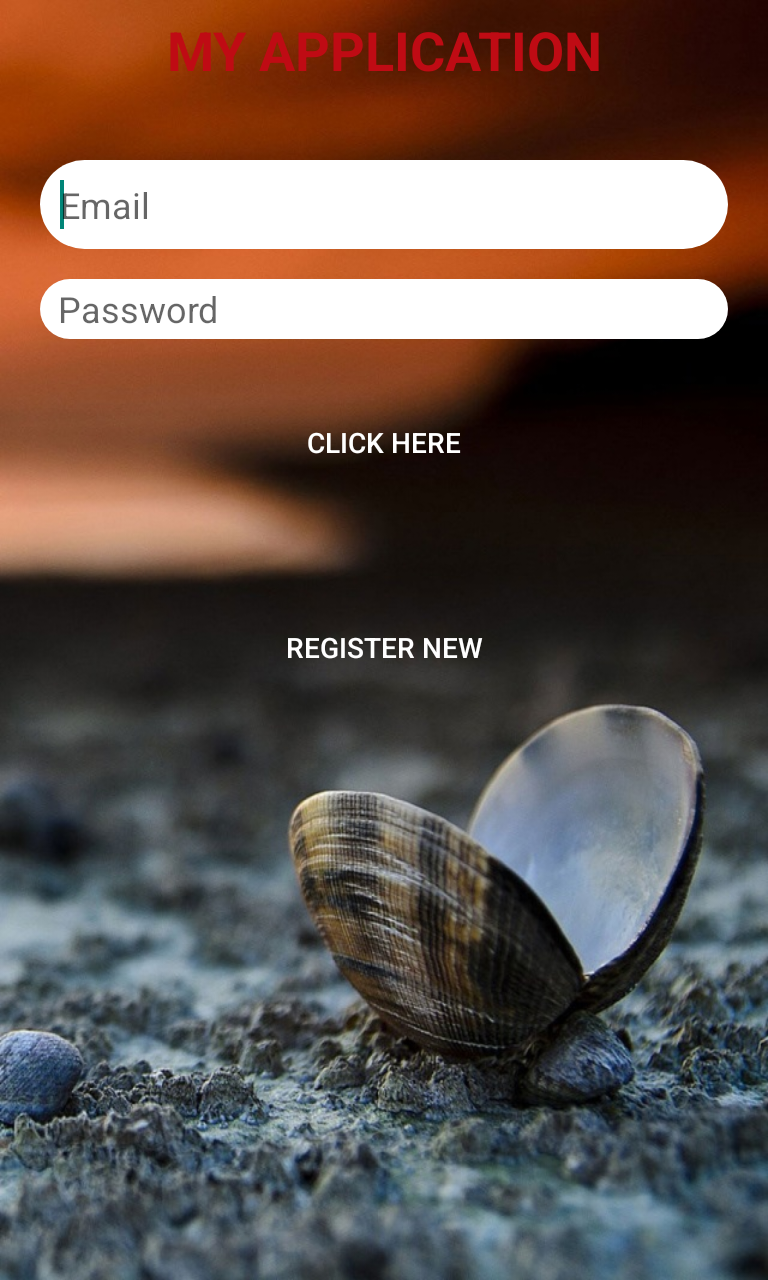
Repository: adarshnair13/message
Layout: myproject/res/layout/adarsh.xml
The author's editor kept a copy of each file at every save. The layout is drawn from the files as they stood at one save, then again after the next save.
It is drawn on a 768 x 1280 px phone screen (xhdpi) without system bars, with theme AppTheme; the app's code is not run.

Above is the layout before, as saved 2015-04-17 07:18:34.

After the next save:
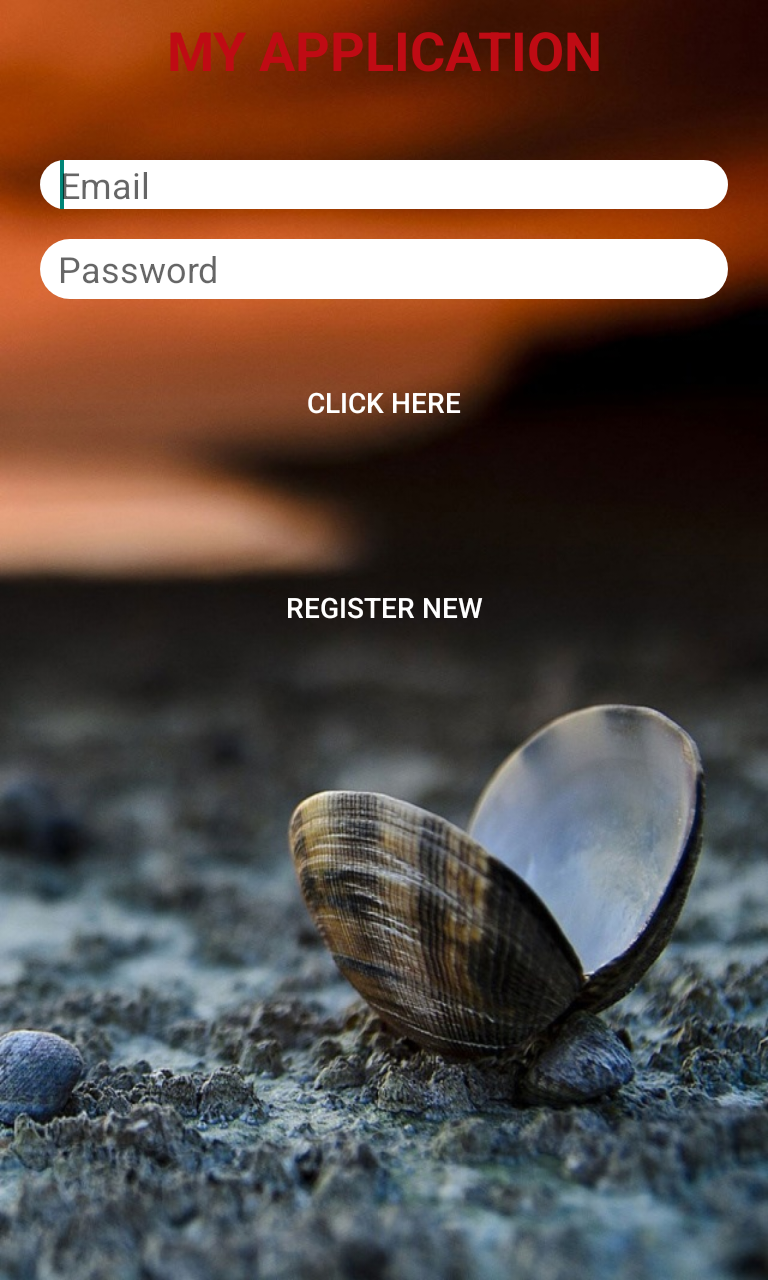
Saved 57 s later.
--- a/myproject/res/layout/adarsh.xml
+++ b/myproject/res/layout/adarsh.xml
@@ -23,7 +23,8 @@
         android:layout_marginRight="20dp"
         android:layout_marginTop="30dp"
         android:background="@drawable/curve"
-        android:padding="10dp"
+        android:paddingLeft="10dp"
+          android:paddingRight="10dp"
         android:ems="10"
         android:hint="Email"
         android:inputType="textEmailAddress" >

After the save that followed:
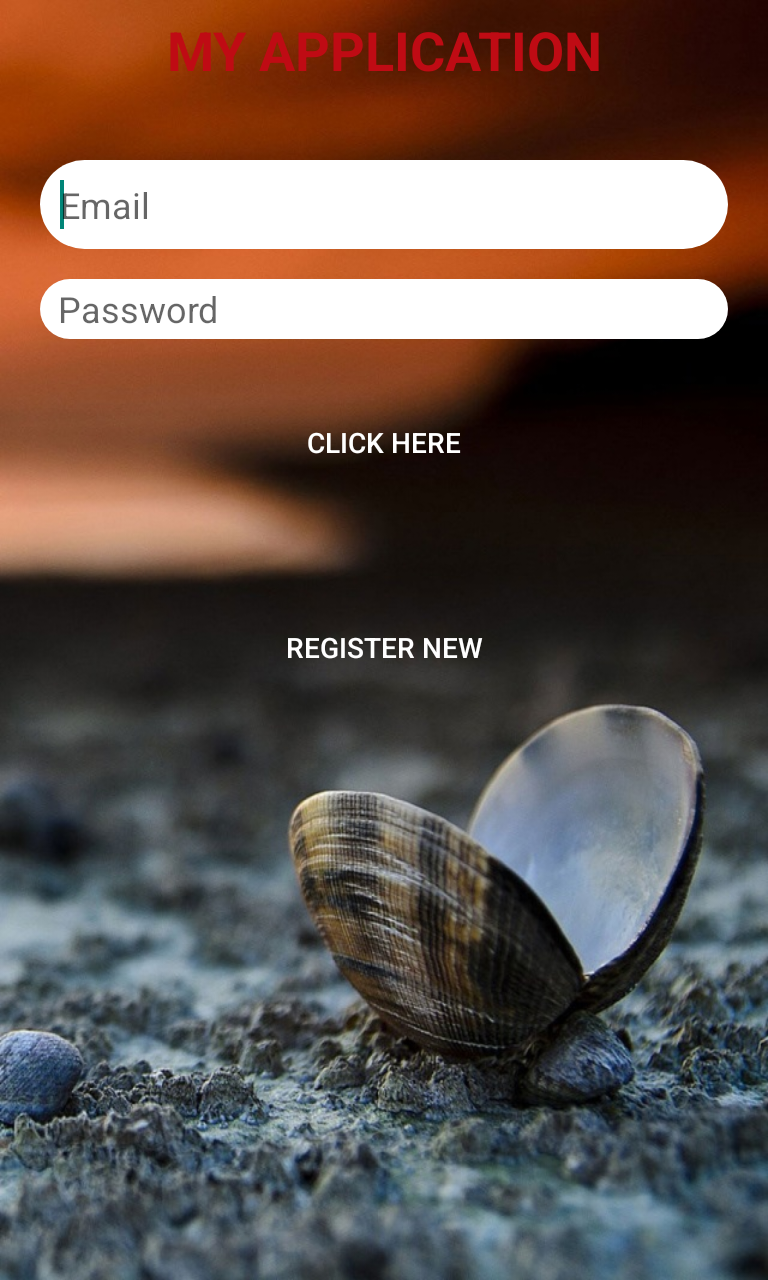
Saved 28 s later.
--- a/myproject/res/layout/adarsh.xml
+++ b/myproject/res/layout/adarsh.xml
@@ -23,8 +23,8 @@
         android:layout_marginRight="20dp"
         android:layout_marginTop="30dp"
         android:background="@drawable/curve"
-        android:paddingLeft="10dp"
-          android:paddingRight="10dp"
+        android:padding="10dp"
+
         android:ems="10"
         android:hint="Email"
         android:inputType="textEmailAddress" >
